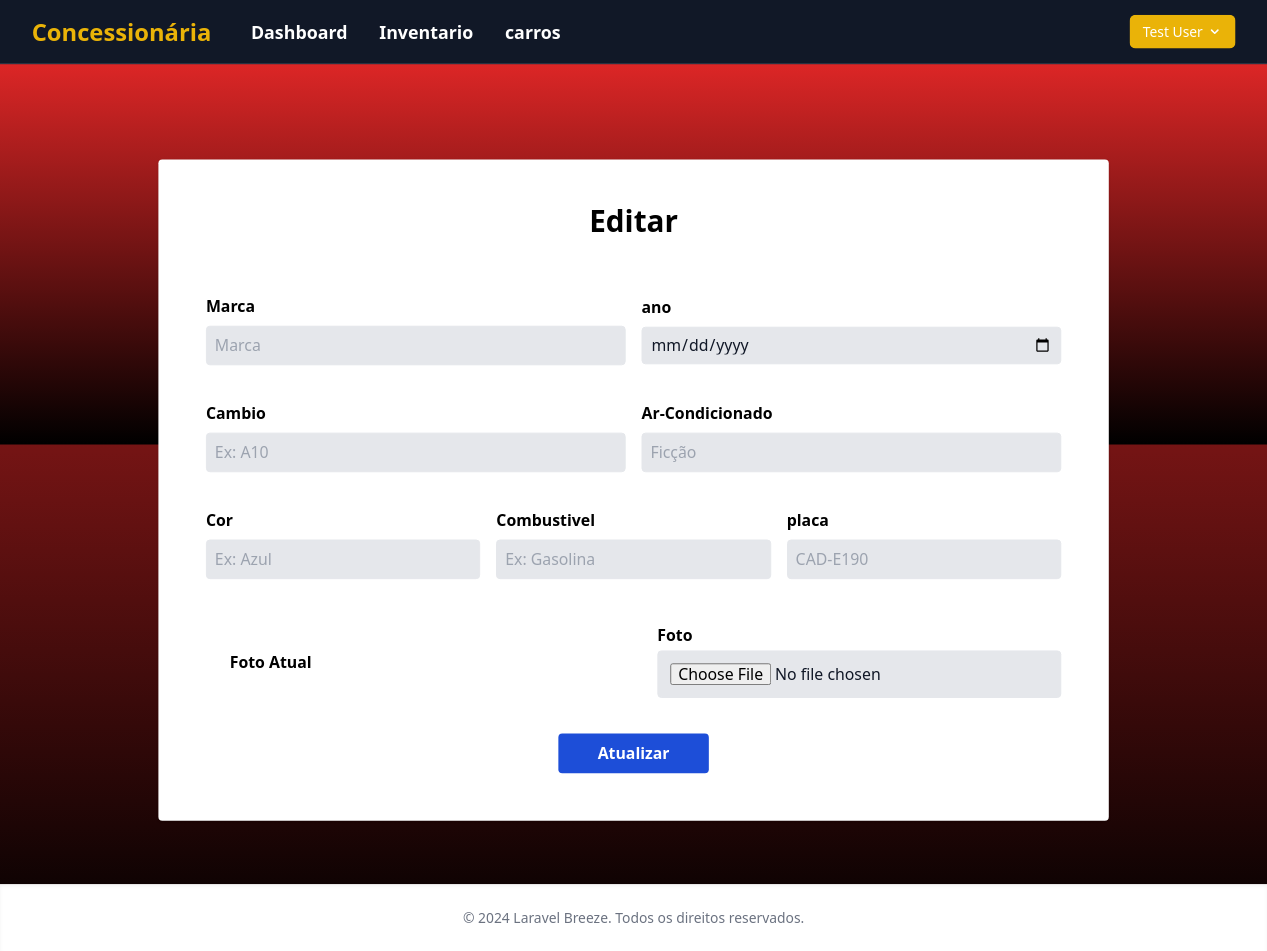
Repository: CarlosEduFF/Projeto-Concession-ria
Page: resources/views/editar.blade.php
These files come from the project's save history. The page is drawn as it stood at one moment and after the next save; the edit follows.
The browser window is 1280 px wide. The pictures show the whole page, at 99% of full size.
Some web libraries are served in a nearby version. The page is served by the project's Laravel application, run on PHP 8.4 with Laravel 9. A made-up administrator, Test User (test@example.com), is signed in. Other server files are loaded and not shown. The template is opened directly, without the code that normally fills it, so the values that code supplies are empty.

Above is the page before, as saved 2024-09-10 17:10:00.

### routes/web.php
<?php

use App\Http\Controllers\ProfileController;
use Illuminate\Support\Facades\Route;
use App\Http\Controllers\CarroController;

Route::get('/', function () {
    return view('welcome');
});

Route::get('/dashboard', function () {
    return view('dashboard');
})->middleware(['auth', 'verified'])->name('dashboard');

Route::middleware('auth')->group(function () {
    Route::get('/profile', [ProfileController::class, 'edit'])->name('profile.edit');
    Route::patch('/profile', [ProfileController::class, 'update'])->name('profile.update');
    Route::delete('/profile', [ProfileController::class, 'destroy'])->name('profile.destroy');
});

Route::post('/createcarro', [CarroController::class, 'create']);
Route::get('/excluir/{id}', [CarroController::class, 'excluir']);
Route::get('/dashboard', [CarroController::class, 'dashboard'])->middleware(['auth', 'verified'])->name('dashboard');
require __DIR__.'/auth.php';


Route::get('/atualizar', function () {
    return view('atualizacao');
});

Route::post("/atualizar/{id}", [CarroController::class, 'atualizar']);
Route::get("/editar/{id}",[CarroController::class, 'editar'])->name('Editar.carro');

### resources/views/editar.blade.php
<!DOCTYPE html>
<html lang="en">
<head>
    <meta charset="UTF-8">
    <meta name="viewport" content="width=device-width, initial-scale=1.0">
    <link rel="stylesheet" href="https://cdn.jsdelivr.net/npm/tailwindcss@2.2.19/dist/tailwind.min.css">
    <script src="https://unpkg.com/flowbite@1.5.0/dist/flowbite.js"></script>
    <script src="https://cdn.tailwindcss.com"></script>
    <title>Editar Carro</title>
</head>
<body  class="bg-gradient-to-b from-red-600 to-black min-h-screen flex flex-col">

<nav x-data="{ open: false }" class="bg-gray-900 text-white shadow-lg border-b border-gray-700">
    <!-- Primary Navigation Menu -->
    <div class="max-w-7xl mx-auto px-4 sm:px-6 lg:px-8">
        <div class="flex justify-between h-16">
            <div class="flex">
                <!-- Logo -->
                <div class="shrink-0 flex items-center">
                    <a href="{{ route('dashboard') }}">
                    <a href="#" class="text-2xl font-bold text-yellow-500">Concessionária</a>
                    </a>
                </div>

                <!-- Navigation Links -->
                <div class="hidden space-x-8 sm:-my-px sm:ml-10 items-center sm:flex">
                    <a href="{{ route('dashboard') }}" class="text-lg font-semibold text-white hover:text-yellow-400">
                        {{ __('Dashboard') }}
                    </a>
                    <a  class="text-lg font-semibold text-white hover:text-yellow-400">
                        Inventario
                    </a>
                    <a href="" class="text-lg font-semibold text-white hover:text-yellow-400">
                        carros
                    </a>
                </div>
            </div>

            <!-- Settings Dropdown -->
            <div class="hidden sm:flex sm:items-center sm:ml-6">
                <x-dropdown align="right" width="48">
                    <x-slot name="trigger">
                        <button class="inline-flex items-center px-3 py-2 border border-transparent text-sm leading-4 font-medium rounded-md bg-yellow-500 text-white hover:bg-yellow-600 focus:outline-none transition ease-in-out duration-150">
                            <div>{{ Auth::user()->name }}</div>
                            <div class="ml-1">
                                <svg class="fill-current h-4 w-4" xmlns="http://www.w3.org/2000/svg" viewBox="0 0 20 20">
                                    <path fill-rule="evenodd" d="M5.293 7.293a1 1 0 011.414 0L10 10.586l3.293-3.293a1 1 0 111.414 1.414l-4 4a1 1 0 01-1.414 0l-4-4a1 1 0 010-1.414z" clip-rule="evenodd" />
                                </svg>
                            </div>
                        </button>
                    </x-slot>

                    <x-slot name="content">
                        <x-dropdown-link :href="route('profile.edit')">
                            {{ __('Profile') }}
                        </x-dropdown-link>

                        <!-- Authentication -->
                        <form method="POST" action="{{ route('logout') }}">
                            @csrf
                            <x-dropdown-link :href="route('logout')"
                                    onclick="event.preventDefault();
                                                this.closest('form').submit();">
                                {{ __('Log Out') }}
                            </x-dropdown-link>
                        </form>
                    </x-slot>
                </x-dropdown>
            </div>

            <!-- Hamburger -->
            <div class="-mr-2 flex items-center sm:hidden">
                <button @click="open = ! open" class="inline-flex items-center justify-center p-2 rounded-md text-yellow-500 hover:text-yellow-400 hover:bg-gray-800 focus:outline-none focus:bg-gray-800 focus:text-yellow-400 transition duration-150 ease-in-out">
                    <svg class="h-6 w-6" stroke="currentColor" fill="none" viewBox="0 0 24 24">
                        <path :class="{'hidden': open, 'inline-flex': ! open }" class="inline-flex" stroke-linecap="round" stroke-linejoin="round" stroke-width="2" d="M4 6h16M4 12h16M4 18h16" />
                        <path :class="{'hidden': ! open, 'inline-flex': open }" class="hidden" stroke-linecap="round" stroke-linejoin="round" stroke-width="2" d="M6 18L18 6M6 6l12 12" />
                    </svg>
                </button>
            </div>
        </div>
    </div>

    <!-- Responsive Navigation Menu -->
    <div :class="{'block': open, 'hidden': ! open}" class="hidden sm:hidden">
        <div class="pt-2 pb-3 space-y-1">
            <a href="{{ route('dashboard') }}" class="block text-base font-semibold text-yellow-500 hover:bg-gray-800 hover:text-yellow-400">
                {{ __('Dashboard') }}
            </a>
            <a href="" class="block text-base font-semibold text-yellow-500 hover:bg-gray-800 hover:text-yellow-400">
                Inventario
            </a>
        </div>

        <!-- Responsive Settings Options -->
        <div class="pt-4 pb-1 border-t border-gray-700">
            <div class="px-4">
                <div class="font-medium text-base text-white">{{ Auth::user()->name }}</div>
                <div class="font-medium text-sm text-gray-400">{{ Auth::user()->email }}</div>
            </div>

            <div class="mt-3 space-y-1">
                <a href="{{ route('profile.edit') }}" class="block px-4 py-2 text-base font-semibold text-yellow-500 hover:bg-gray-800 hover:text-yellow-400">
                    {{ __('Profile') }}
                </a>

                <!-- Authentication -->
                <form method="POST" action="{{ route('logout') }}">
                    @csrf
                    <a href="{{ route('logout') }}"
                       onclick="event.preventDefault(); this.closest('form').submit();"
                       class="block px-4 py-2 text-base font-semibold text-yellow-500 hover:bg-gray-800 hover:text-yellow-400">
                        {{ __('Log Out') }}
                    </a>
                </form>
            </div>
        </div>
    </div>
</nav>
<!-- FINAL DO Navbar-->

        <div class="w-full">
    <div class="bg-gradient-to-b from-red-600 to-black h-96"></div>
    <div class="max-w-5xl mx-auto px-6 sm:px-6 lg:px-8 mb-12">
    <div class="bg-white w-full shadow rounded p-8 sm:p-12 -mt-72">
        <p class="text-3xl font-bold leading-7 text-center">Editar</p>
        <form method="POST" action="/atualizar/{{$carro->id}}" enctype="multipart/form-data">
            @csrf
            <!-- Primeira linha de inputs -->
            <div class="md:flex items-center mt-12">
                <div class="w-full md:w-1/2 flex flex-col mt-4">
                    <label class="font-semibold leading-none">Marca</label>
                    <input type="text"  name="titulo" placeholder="Marca" class="leading-none text-gray-900 p-2 focus:outline-none focus:border-blue-700 mt-3 bg-gray-200 border rounded border-gray-200" />
                </div>
                <div class="w-full md:w-1/2 flex flex-col mt-4 md:ml-4">
                    <label class="font-semibold leading-none">ano</label>
                    <input type="date" name="ano"  placeholder="Ex: 2024/05/10" class="leading-none text-gray-900 p-2 focus:outline-none focus:border-blue-700 mt-3 bg-gray-200 border rounded border-gray-200" />
                </div>
            </div>

            <!-- Segunda linha de inputs -->
            <div class="md:flex items-center mt-6">
                <div class="w-full md:w-1/2 flex flex-col mt-4">
                    <label class="font-semibold leading-none">Cambio</label>
                    <input type="text" name="cambio"  placeholder="Ex: A10" class="leading-none text-gray-900 p-2 focus:outline-none focus:border-blue-700 mt-3 bg-gray-200 border rounded border-gray-200" />
                </div>
                <div class="w-full md:w-1/2 flex flex-col mt-4 md:ml-4">
                    <label class="font-semibold leading-none">Ar-Condicionado</label>
                    <input type="text" name="Ar-con"  placeholder="Ficção" class="leading-none text-gray-900 p-2 focus:outline-none focus:border-blue-700 mt-3 bg-gray-200 border rounded border-gray-200" />
                </div>
            </div>

            <!-- Terceira linha de inputs -->
            <div class="md:flex items-center mt-6">
                <div class="w-full md:w-1/3 flex flex-col mt-4">
                    <label class="font-semibold leading-none">Cor</label>
                    <input type="text" name="pontuacao"  placeholder="Ex: Azul" class="leading-none text-gray-900 p-2 focus:outline-none focus:border-blue-700 mt-3 bg-gray-200 border rounded border-gray-200" />
                </div>
                 <!-- quarta linha de inputs -->
                <div class="w-full md:w-1/3 flex flex-col mt-4 md:ml-4">
                    <label class="font-semibold leading-none">Combustivel</label>
                    <input type="text" name="combustivel"  placeholder="Ex: Gasolina" class="leading-none text-gray-900 p-2 focus:outline-none focus:border-blue-700 mt-3 bg-gray-200 border rounded border-gray-200" />
                </div>
                 <!-- Quinta linha de inputs -->
                <div class="w-full md:w-1/3 flex flex-col mt-4 md:ml-4">
                    <label class="font-semibold leading-none">placa</label>
                    <input type="text" name="empresa"  placeholder="CAD-E190" class="leading-none text-gray-900 p-2 focus:outline-none focus:border-blue-700 mt-3 bg-gray-200 border rounded border-gray-200" />
                </div>
            </div>
               <!-- TSexta linha de inputs -->
            <div class="md:flex items-center mt-12">
                        <div class="w-full flex md:w-1/2 flex-col md:ml-6 md:mt-0 mt-4">
                            <label class="font-semibold leading-none">Foto Atual</label>
                          @if($carro->capa)
                           <img src="{{asset('storage/' . $carro->foto)}}" alt="capa anterior " class="leading-none text-gray-900 p-2 focus:outline-none focus:border-blue-700 mt-2 bg-gray-200 border rounded border-gray-200 size-3/5">
                           @endif
                    </div>
                    <div class="w-full md:w-1/2 flex flex-col md:ml-6 md:mt-0 mt-4">
                        <label class="font-semibold leading-none">Foto</label>
                        <input type="file" name="capa" value="{{$carro->foto}}"  class="leading-none text-gray-900 p-3 focus:outline-none focus:border-blue-700 mt-2 bg-gray-200 border rounded border-gray-200"/>
                    </div>
                </div>

            <!-- Botão de enviar -->
            <div class="flex items-center justify-center w-full mt-9">
                <button type="submit" class="font-semibold leading-none text-white py-3 px-10 bg-blue-700 rounded hover:bg-blue-600 focus:ring-2 focus:ring-offset-2 focus:ring-blue-700 focus:outline-none">
                    Atualizar
                </button>
            </div>
        </form>
    </div>
</div>

 <!-- Footer -->
 <footer class="mt-16 p-6 bg-white dark:bg-zinc-800 shadow-inner">
        <div class="text-center text-sm text-gray-500 dark:text-gray-400">
            © 2024 Laravel Breeze. Todos os direitos reservados.
        </div>
    </footer>

</body>
</html>

Loaded but not shown: routes/auth.php (common file); app/Http/Controllers/Auth/EmailVerificationPromptController.php (common file); app/Http/Controllers/Controller.php (common file); app/Http/Controllers/Auth/VerifyEmailController.php (common file); app/Models/User.php (common file); resources/views/components/dropdown-link.blade.php (common file); resources/views/components/dropdown.blade.php (common file)

After the next save:
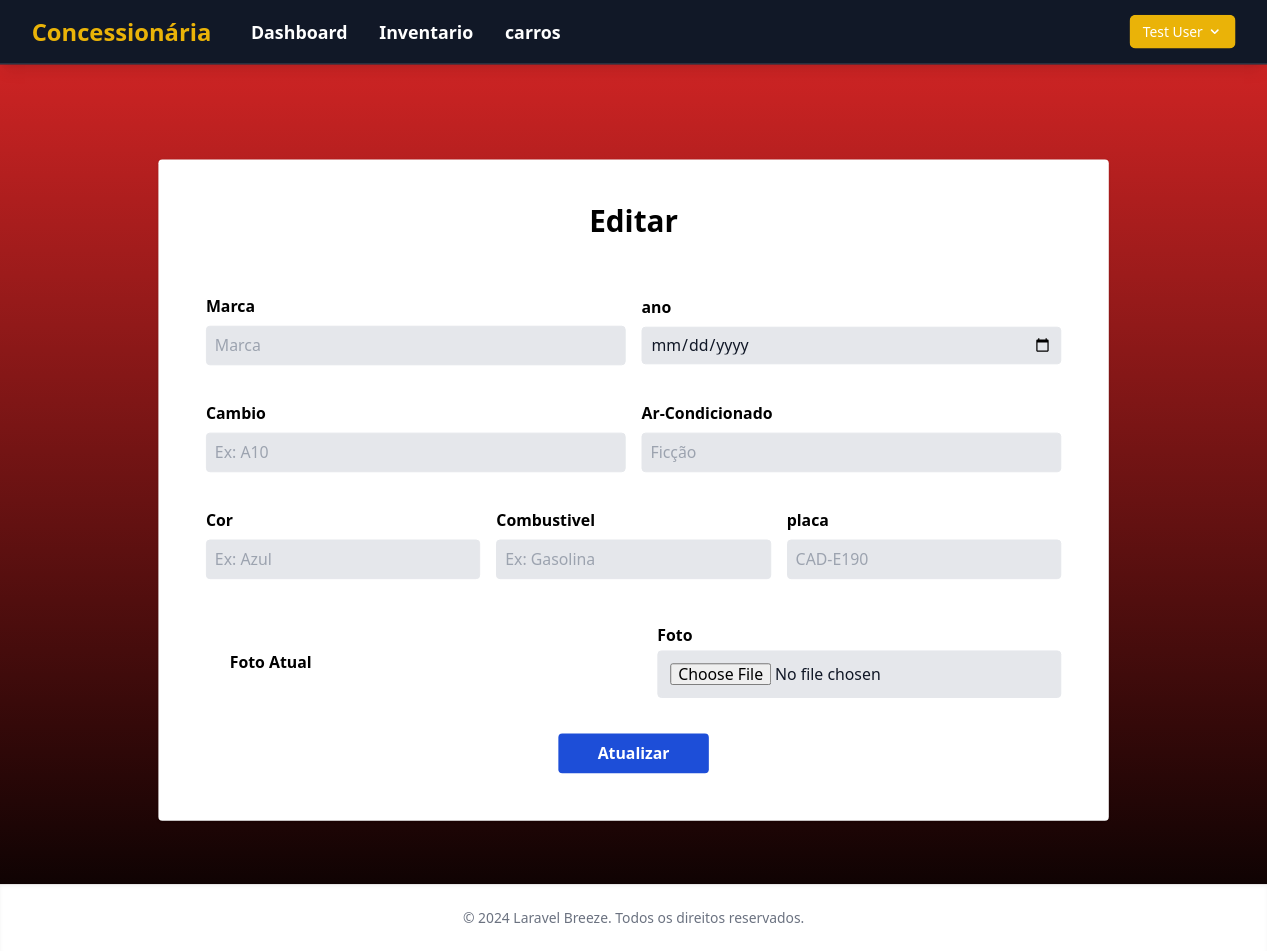
Saved 4 s later.
--- a/resources/views/editar.blade.php
+++ b/resources/views/editar.blade.php
@@ -119,7 +119,7 @@
 <!-- FINAL DO Navbar-->
 
         <div class="w-full">
-    <div class="bg-gradient-to-b from-red-600 to-black h-96"></div>
+    <div class="h-96"></div>
     <div class="max-w-5xl mx-auto px-6 sm:px-6 lg:px-8 mb-12">
     <div class="bg-white w-full shadow rounded p-8 sm:p-12 -mt-72">
         <p class="text-3xl font-bold leading-7 text-center">Editar</p>
